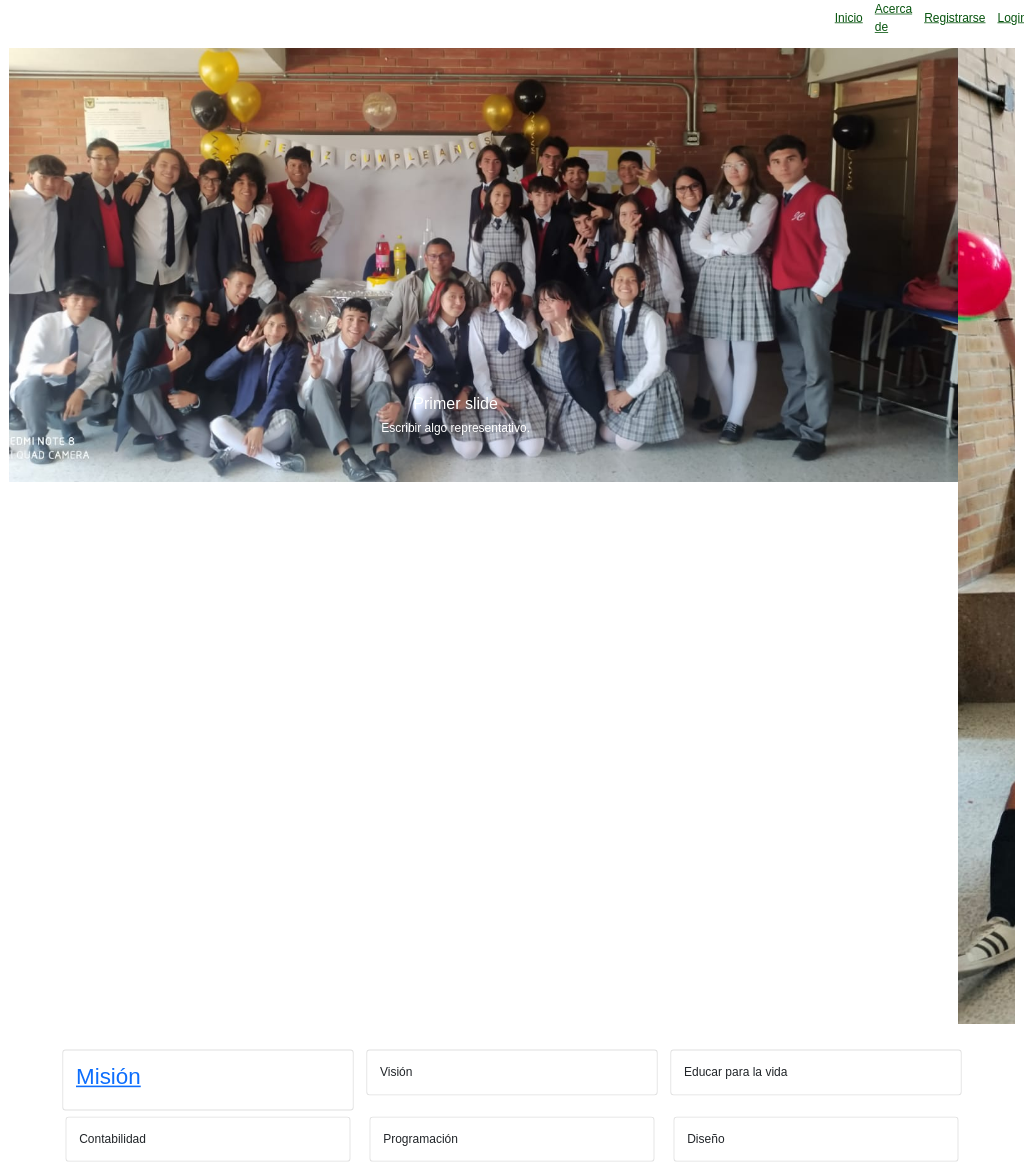
Repository: AntonnySant/webColegio
Page: index.html
The author's editor kept a copy of each file at every save. The page is drawn from the files as they stood at one save, then again after the next save.
The browser window is 1280 px wide. The pictures show the whole page, at 80% of full size.

Above is the page before, as saved 2023-10-17 17:12:30.
Console error: TypeError: Cannot set properties of null (setting 'onclick')

After the next save:
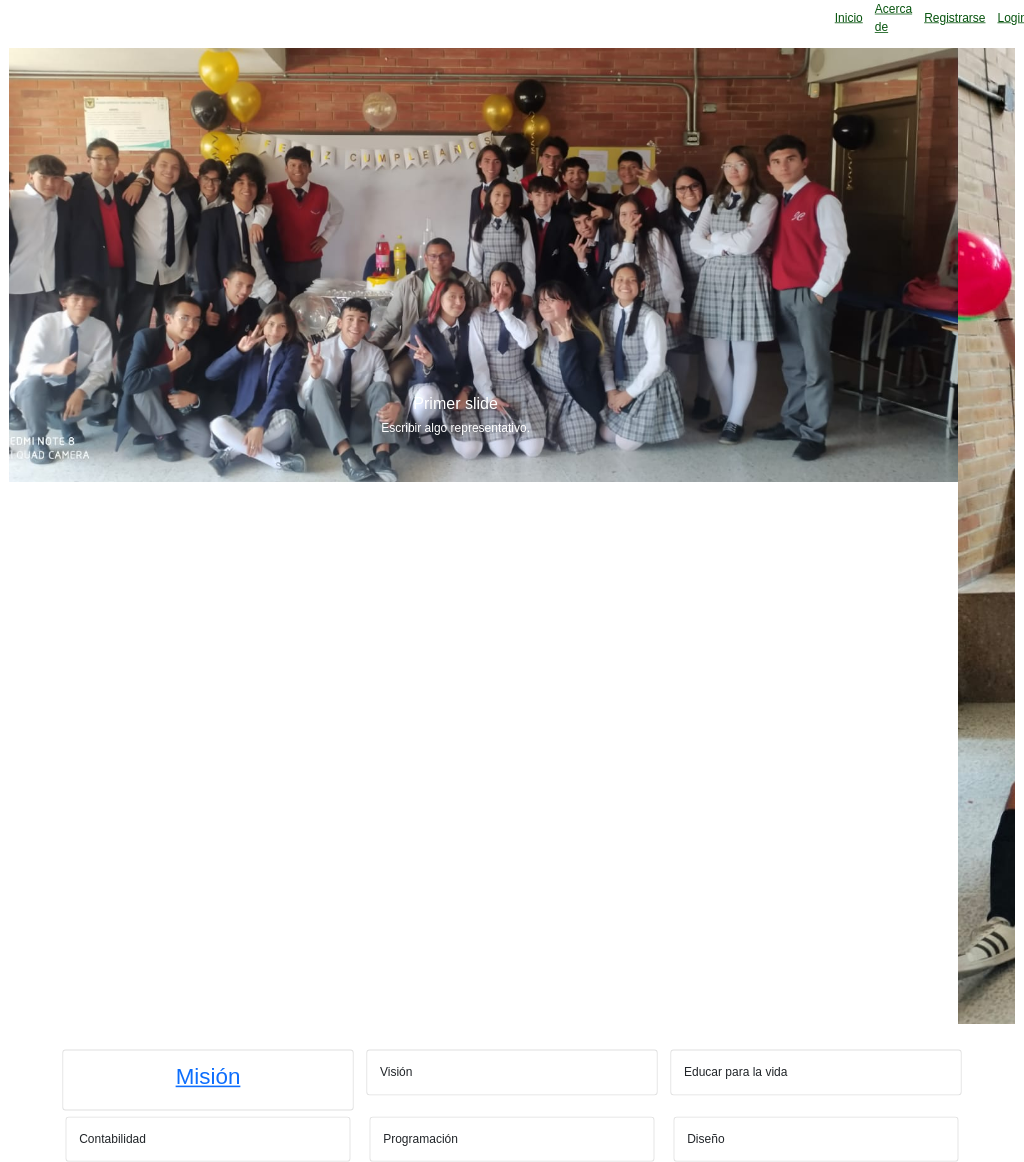
Saved 17 s later.
--- a/styles.css
+++ b/styles.css
@@ -5,6 +5,9 @@ body {
     padding: 0;
     font-size: 15px;
     font-family: Arial, Helvetica, sans-serif;
+}
+.btn-card{
+  text-align: center;
 }
 .carousel-indicators{
   z-index: 1;
